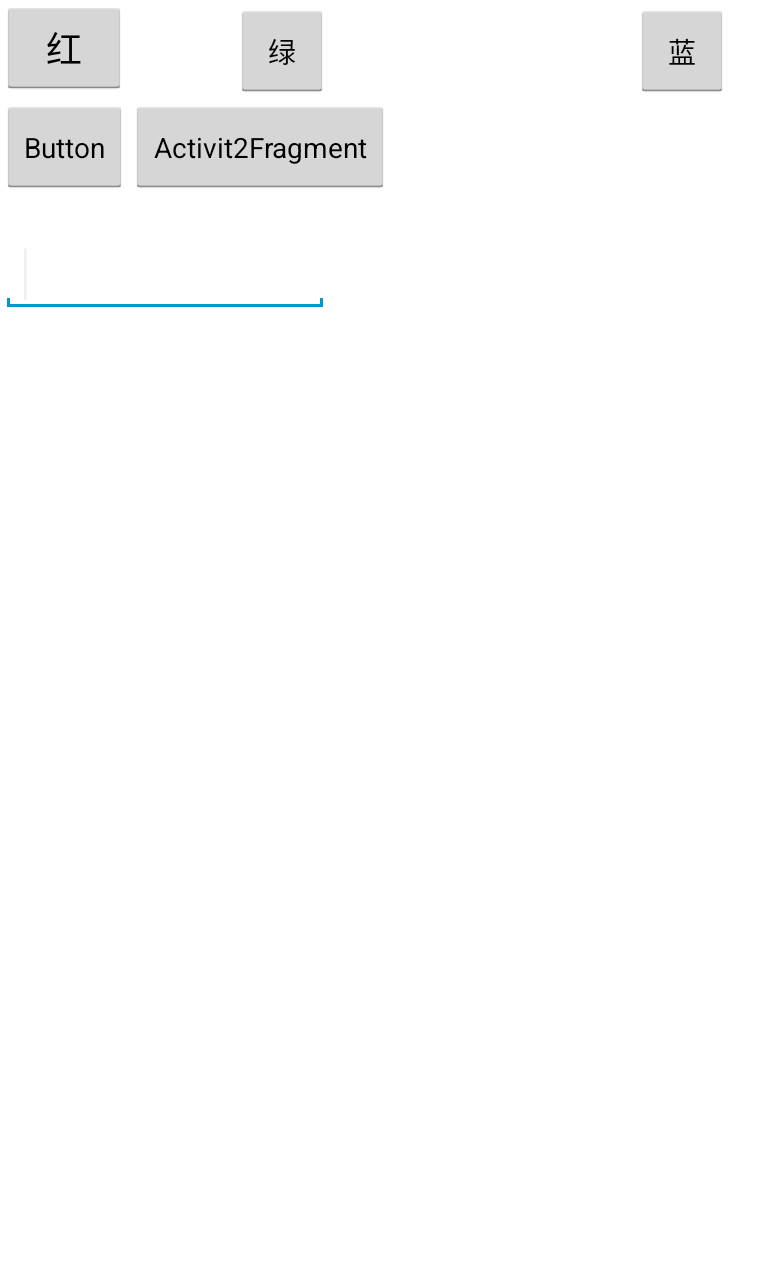
Repository: IvyZh/hm66
Layout: 黑马基础项目/res/layout/activity_fragment.xml
These files come from the project's save history. The layout is drawn as it stood at one moment and after the next save; the edit follows.
It is drawn on a 768 x 1280 px phone screen (xhdpi) without system bars, with theme AppTheme; the app's code is not run.

Above is the layout before, as saved 2016-05-29 17:43:20.

After the next save:
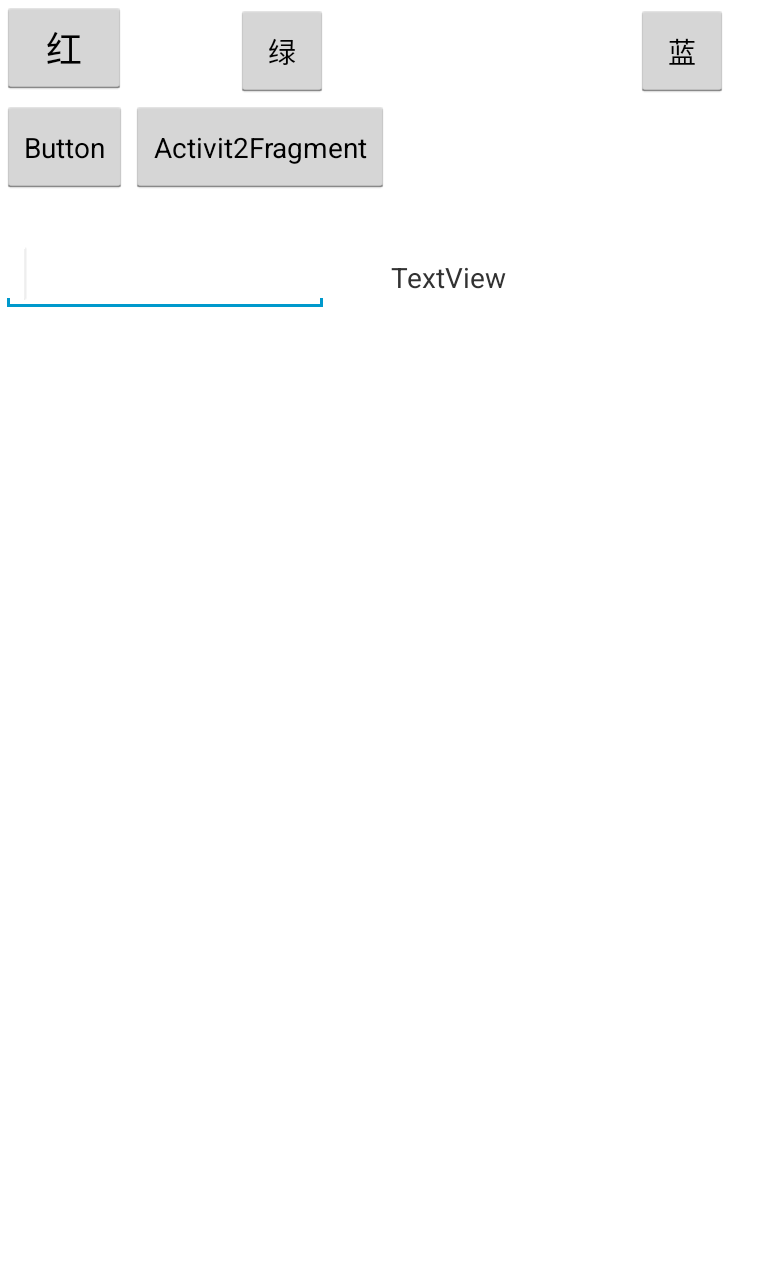
Saved 1 s later.
--- a/黑马基础项目/res/layout/activity_fragment.xml
+++ b/黑马基础项目/res/layout/activity_fragment.xml
@@ -71,6 +71,15 @@
             android:onClick="click4"
             android:text="Activit2Fragment" />
 
+        <TextView
+            android:id="@+id/textView1"
+            android:layout_width="wrap_content"
+            android:layout_height="wrap_content"
+            android:layout_alignBaseline="@+id/et"
+            android:layout_alignBottom="@+id/et"
+            android:layout_toRightOf="@+id/button4"
+            android:text="TextView" />
+
     </RelativeLayout>
 
     <FrameLayout
